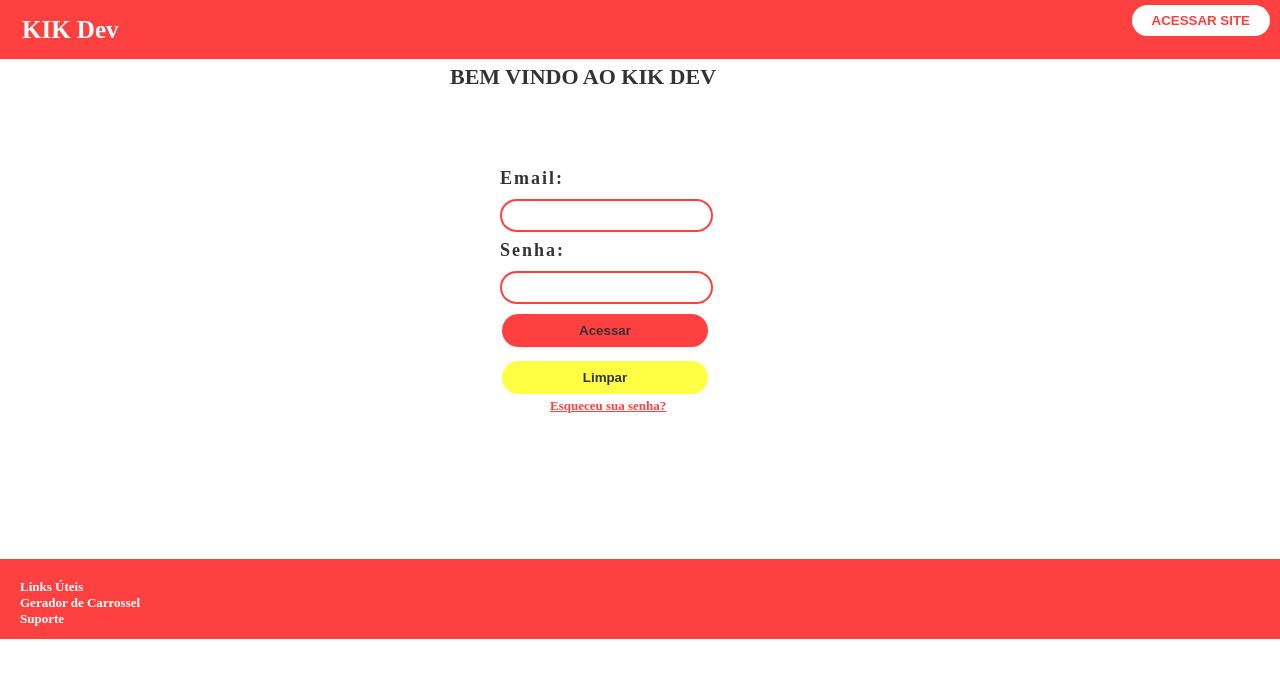
Repository: devgabrielvieira/kikdev
Page: index.html
These files come from the project's save history. The page is drawn as it stood at one moment and after the next save; the edit follows.
The browser window is 1280 px wide. The pictures show the whole page.

Above is the page before, as saved 2022-10-30 20:51:25.

### index.html
<!DOCTYPE html>
<html lang="pt-br">

<head>
    <meta charset="UTF-8">
    <meta http-equiv="X-UA-Compatible" content="IE=edge">
    <meta name="viewport" content="width=device-width, initial-scale=1.0">
    <link rel="shortcut icon" href="imagens/favicon.ico" type="image/x-icon">
    <link rel="stylesheet" href="style.css">
    <link rel="stylesheet" href="style-mobile.css">
    <script src="script_processo.js"></script>
    <title>KIK Dev</title>

</head>

<body id="pag_processos" onload="dimensaoTela()">

    <div class="header-index">
        <a href="#Default" class="logo">KIK Dev</a>

        <button type="submit" name="name" class="button-right"><strong>ACESSAR SITE</strong></a></button>

    </div>

    <div class="conteudo">
        <!--abrimos a div conteúdo-->

        <h3>BEM VINDO AO KIK DEV</h3>
        <div class="login">
            <label for="username">Email:</label>
            <input type="text" id="username" name="username">
            <label for="pass">Senha:</label>
            <input type="password" id="pass" name="password" minlength="8" required>
            <input class="btn-acessar" type="submit" value="Acessar">
            <input class="btn-limpar" type="reset" value="Limpar">
        </div>
        <a href="recuperar-senha.html" target="_self" rel="next" class="href">Esqueceu sua senha?</a>

      </div>
    <!--aqui fechamos a div conteudo-->

    <footer class="footer">
        <strong>
            <p>Links Úteis</p>
        </strong>
        <strong>
            <p>Gerador de Carrossel</p>
        </strong>
        <strong>
            <p>Suporte</p>
        </strong>
    </footer>

</body>

</html>

### style.css
@charset "UTF-8";

* {
  margin: 0;
  padding: 0;
}

html {
  margin: 0;
  padding: 0;
}

.header {
  overflow: hidden;
  background-color: #ff4040;
  padding: 20px 10px;
}

.header a {
  float: left;
  color: #fff;
  text-align: center;
  padding: 12px;
  text-decoration: none;
  font-size: 18px;
  line-height: 25px;
  border-radius: 4px;
}

.header a.logo {
  font-size: 25px;
  font-weight: bold;
}

.header a:hover {
  background-color: #ddd;
  color: #333333;
}

.header a.active {
  background-color: #d8d7d7;
  color: #fff;
}

.header-right {
  float: right;
}

.button-right {
  float: right;
  padding: 8px 20px;
  border: #d8d7d7;
  border-radius: 50px;
  color: #ff4040;
  background-color: #fff;
}

.header-index {
  overflow: hidden;
  background-color: #ff4040;
  padding: 5px 10px;
}

.header-index a {
  float: left;
  color: #fff;
  text-align: center;
  padding: 12px;
  text-decoration: none;
  font-size: 18px;
  line-height: 25px;
  border-radius: 4px;
}

.header-index a.logo {
  font-size: 25px;
  font-weight: bold;
}

.header-index a:hover {
  background-color: #ddd;
  color: #333333;
}

.header-index a.active {
  background-color: #d8d7d7;
  color: #fff;
}

.conteudo {
  width: 100%;
  height: 450px;
  overflow: hidden;
  background-color: #fff;
}

.footer {
  width: auto;
  background-color: #ff4040;
  padding: 20px 10px;
  position: relative;
  height: 2.5rem;
  bottom: -50px;
}

p {
  font-size: 13px;
  margin: 0 0 0 10px;
  float: none;
  overflow: hidden;
  color: #fff;
}

label {
  margin: 10px 50px 0 500px;
  display: block;
  letter-spacing: 2px;
  font-size: 18px;
  color: #333333;
  margin-bottom: 3px;
  font-weight: bold;
}

input[type="submit"],
label {
  margin: 5px 50px 0 500px;
  margin-top: 0.5rem;
  color: #333333;
}

input {
  margin: 10px 50px 0 500px;
  caret-color: #222;
  color: #333333;
  border: 2px solid #ff4040;
  border-radius: 36px;
  padding: 7px 15px;
  text-align: center;
  font-weight: bold;
}

input:hover {
  border: 2px solid #a0a0a0;
}

.login {
  margin: 80px 0 0 0;
  width: -100%;
}

.btn-acessar {
  margin: 10px 50px 0 500px;
  background: #ff4040;
  border: 2px solid #fff;
  padding: 9px 15px;
  width: 210px;
  max-width: 100%;
}

.btn-limpar {
  margin: 10px 50px 0 500px;
  background: #ff4;
  border: 2px solid #fff;
  padding: 9px 15px;
  width: 210px;
  max-width: 100%;
}

.href {
  margin: 10px 50px 0 500px;
  padding: 19px 50px;
  font-size: 13px;
  font-weight: bold;
  color: #ff4040;
  text-align: center;
  max-width: 100%;
}

h3 {
  font-size: 22px;
  width: 100%;
  display: inline-block;
  /* margin: 5px 0 auto 450px; */
  margin-top: 5px;
  margin-left: 450px;
  margin-bottom: -500px;
  color: #333333;
}

### style-mobile.css
@charset "UTF-8";

@media screen and (max-width: 1200px) {
  * {
    margin: 0;
    padding: 0;
  }

  html {
    margin: 0;
    padding: 0;
  }

  .header-index {
    overflow: hidden;
    background-color: #ff4040;
    padding: 10px 15px;
    height: 5.5rem;
    width: 100%;
  }

  .header a {
    float: none;
    display: block;
    text-align: left;
  }

  .header-index a {
    float: none;
    display: block;
    text-align: left;
  }

  .header-right {
    float: none;
  }

  .button-right {
    float: none;
  }

  .footer {
    float: none;
    bottom: -280px;
    overflow: hidden;
    padding: 10px 15px;
    height: 5.5rem;
    width: 100%;
  }

  /* .conteudo img {
        float: none;
        display: block;
        position: absolute;
        width: 100%;
        background-color: #fff;
        margin: 2px 0 0 0;
        height: 10rem;
    } */

  .login {
    width: 50%;
    display: inline-block;
  }

  label {
    margin-left: 50%;
    margin-bottom: 3px;
    display: block;
    letter-spacing: 2px;
    font-size: 18px;
    color: #333333;
    font-weight: bold;
  }

  input[type="submit"],
  label {
    margin-left: 50%;
    margin-top: 0.5rem;
    color: #333333;
  }

  input {
    margin-left: 50%;
    caret-color: #222;
    color: #333333;
    border: 2px solid #ff4040;
    border-radius: 36px;
    padding: 7px 15px;
    text-align: center;
    font-weight: bold;
  }

  input:hover {
    border: 2px solid #a0a0a0;
  }

  .href {
    margin-left: 30%;
    font-size: 13px;
    font-weight: bold;
    color: #ff4040;
    text-align: center;
    width: 100%;
    padding: 2rem;
  }

  .btn-acessar {
    margin-left: 50%;
    margin-right: 50%;
    background: #ff4040;
    border: 2px solid #fff;
    padding: 9px 15px;
    width: 210px;
    max-width: 100%;
  }

  .btn-limpar {
    margin-left: 50%;
    margin-right: 50%;
    background: #ff4;
    border: 2px solid #fff;
    padding: 9px 15px;
    width: 210px;
    max-width: 100%;
  }

  h3 {
    font-size: 25px;
    width: 100%;
    display: inline-block;
    margin-bottom: 0.1rem;
    margin-left: 15%;
    color: #333333;

  }
}

### script_processo.js
function dimensaoTela(){
    var heightTela = window.innerHeight;
    var widthTela = window.innerWidth;

    document.getElementById('pag_processos').style.minHeight = heightTela+'px';
}

After the next save:
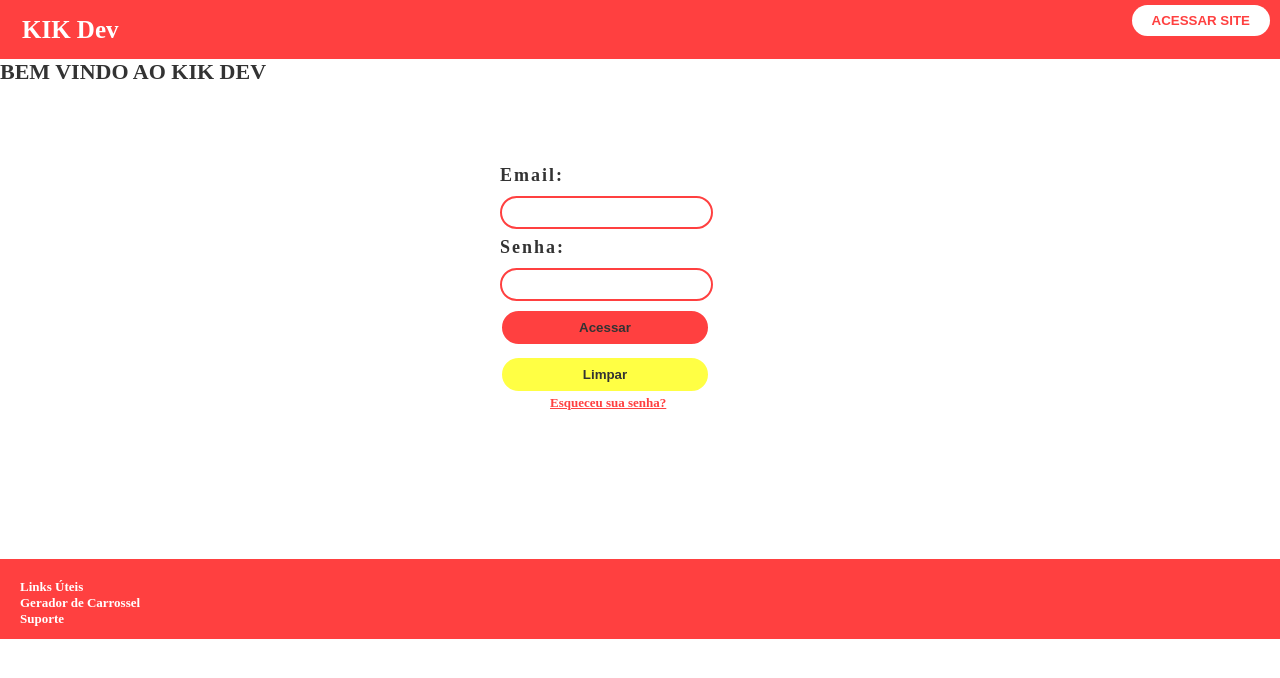
Saved 94 s later.
--- a/style.css
+++ b/style.css
@@ -181,8 +181,8 @@ h3 {
   width: 100%;
   display: inline-block;
   /* margin: 5px 0 auto 450px; */
-  margin-top: 5px;
+  /* margin-top: 5px;
   margin-left: 450px;
-  margin-bottom: -500px;
+  margin-bottom: -500px; */
   color: #333333;
 }
